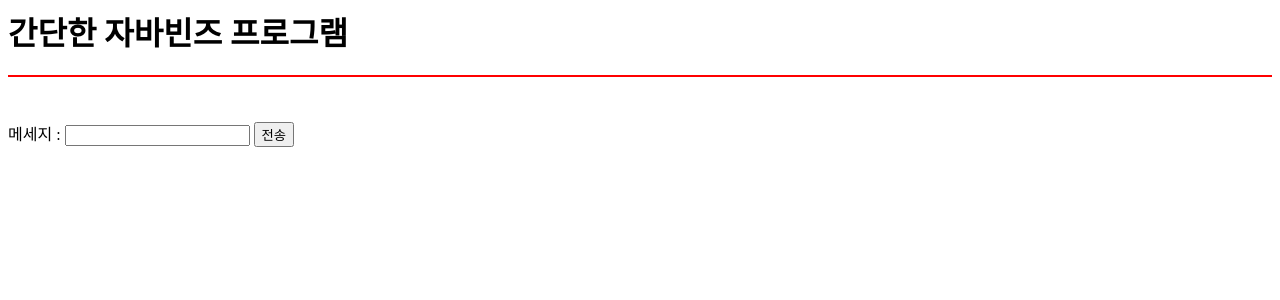
Repository: DynamicRD/jsp_Study
Page: http://localhost/jspStudy/sample/simpleForm.jsp
An editor plug-in stored every save of this project. The page is shown before and after the next save, followed by the edit.
The browser window is 1280 px wide. The pictures show the whole page.
The page is served by Tomcat 9. Other server files are loaded and not shown.

Above is the page before, as saved 2024-12-10 02:06:04.

### jspStudy/src/main/webapp/sample/simpleForm.jsp
<%@ page language="java" contentType="text/html; charset=UTF-8"
    pageEncoding="UTF-8"%>
<html>
<body>
<h1>간단한 자바빈즈 프로그램</h1>
<hr color="red"></hr><br></br>
<form method="post" action="simpleBean.jsp">
메세지 : <input type="text" name="message">
<input type="submit" value="전송">
</form>
</body>
</html>

After the next save:
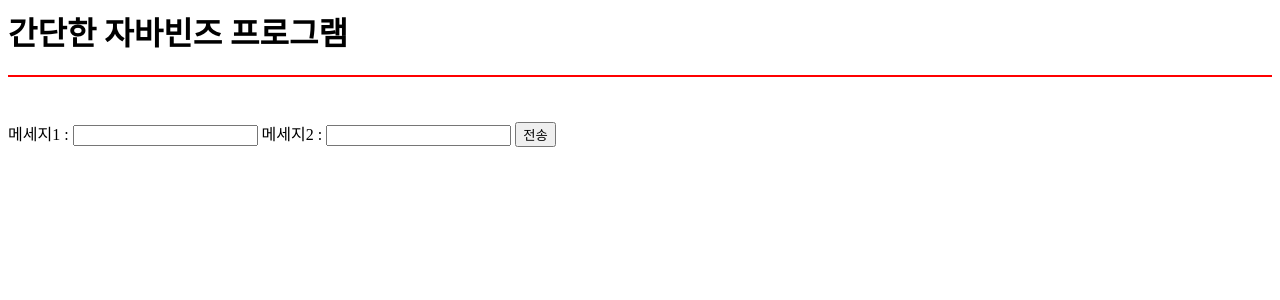
Saved 39 s later.
--- a/jspStudy/src/main/webapp/sample/simpleForm.jsp
+++ b/jspStudy/src/main/webapp/sample/simpleForm.jsp
@@ -5,7 +5,8 @@
 <h1>간단한 자바빈즈 프로그램</h1>
 <hr color="red"></hr><br></br>
 <form method="post" action="simpleBean.jsp">
-메세지 : <input type="text" name="message">
+메세지1 : <input type="text" name="message1">
+메세지2 : <input type="text" name="message2">
 <input type="submit" value="전송">
 </form>
 </body>
